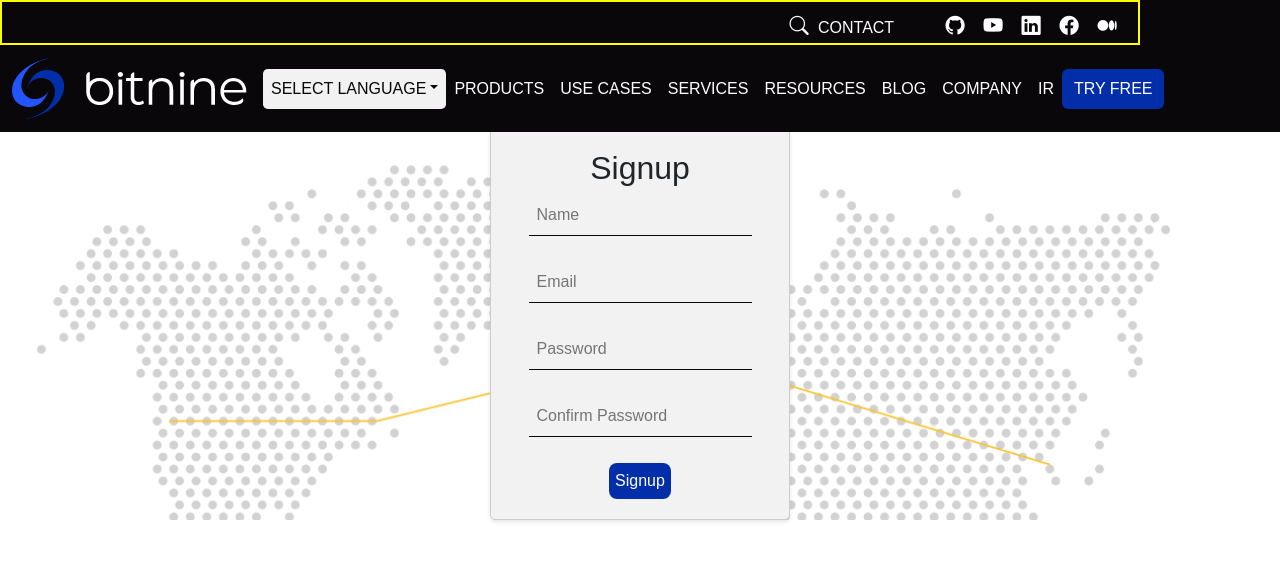
Repository: devblackie/signinpage
Page: /
An editor plug-in stored every save of this project. The page is shown before and after the next save, followed by the edit.
The browser window is 1280 px wide. The pictures show the whole page.
Some web fonts or font styles are not loaded; a fallback is used. The project was rebuilt for these pictures with package versions that can differ from the ones it lists, and the page was loaded fresh each time. Also part of the build but not shown: vite.config.js, src/components/Login.jsx, src/components/Dashboard.jsx, src/components/Home.jsx, src/components/ProtectedDashboard.jsx.

Above is the page before, as saved 2023-08-28 17:45:45.

After the next save:
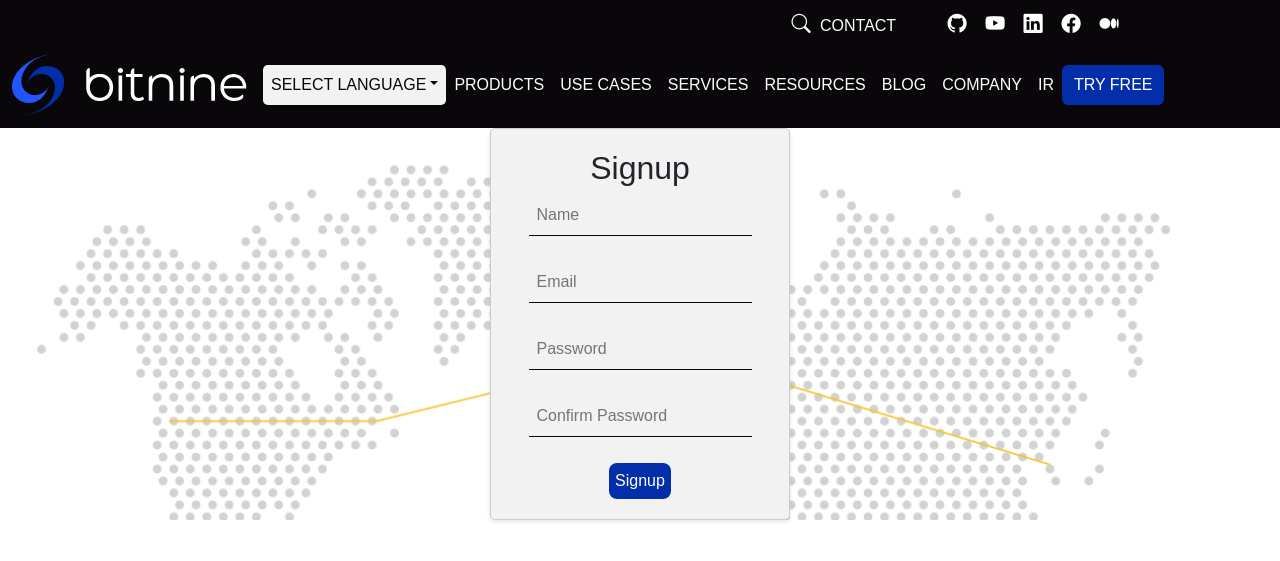
Saved 11 s later.
--- a/src/components/style/navbar.css
+++ b/src/components/style/navbar.css
@@ -18,8 +18,8 @@
   }
 }
 .topbar .container {
-  border: 2px solid yellow;
-  margin: 0  -20px 0 0;
+  /* border: 2px solid yellow; */
+  margin: 0 -20px 0 0;
 
 }
 
